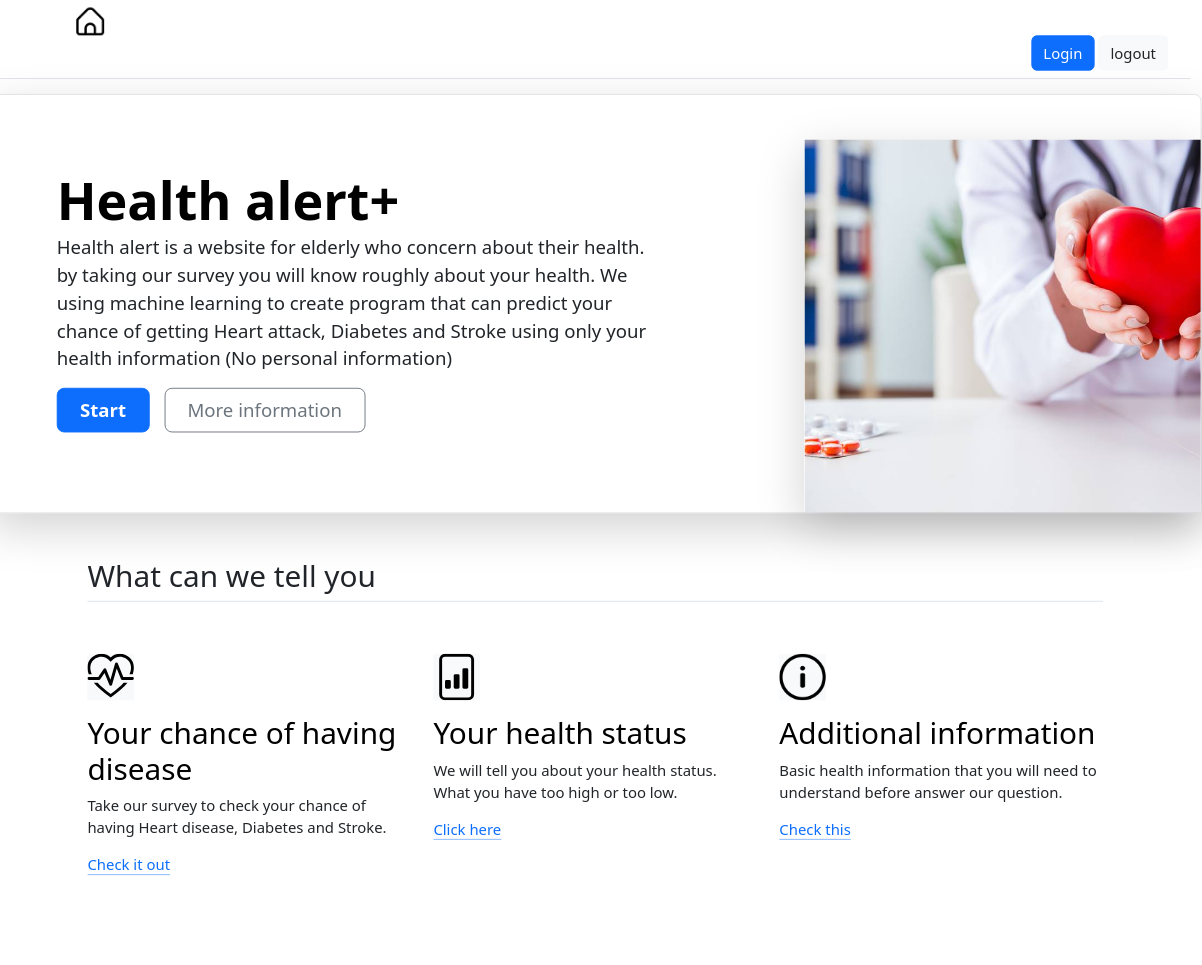
Repository: aneforollll/webapp
Page: http://localhost/index.php
An editor plug-in stored every save of this project. The page is shown before and after the next save, followed by the edit.
The browser window is 1280 px wide. The page is 1292 px wide, so the pictures cover 1292 px, including what lies to the right of the window. The pictures show the whole page, at 93% of full size.
The page is run by PHP 8.4 with error messages shown; the project is at /var/www/html/.

Above is the page before, as saved 2024-01-15 10:48:52.

After the next save:
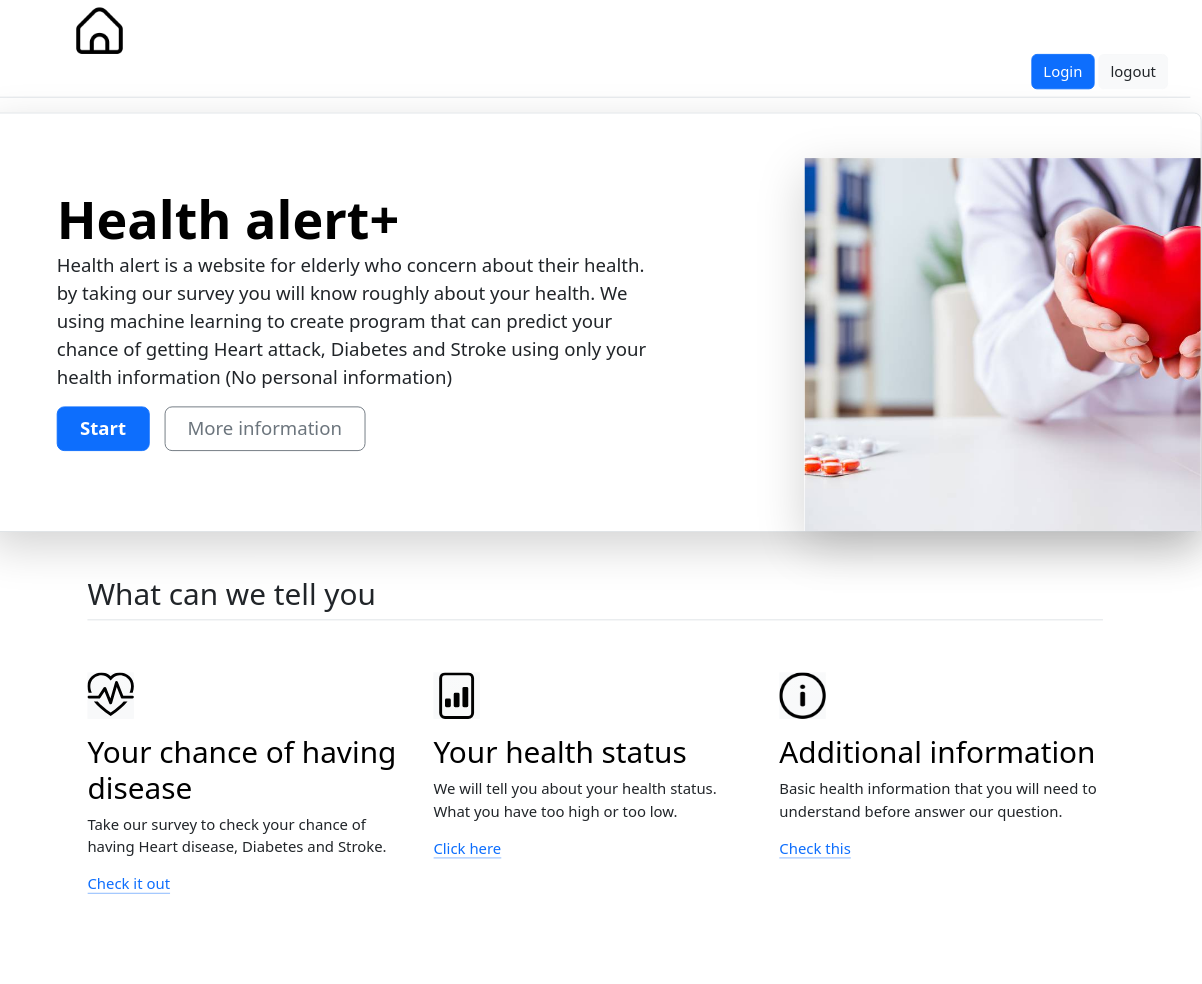
Saved 6 s later.
--- a/index.php
+++ b/index.php
@@ -11,7 +11,7 @@
   <div class="px-3 py-2 border-bottom mb-3">
       <div class="container d-flex flex-wrap justify-content-center">
         <div class="col align-self-start">
-          <img src="images/home.png" width="30px">
+          <img src="images/home.png" width="50px">
         </div>
       </div>
         <div class="text-end">
